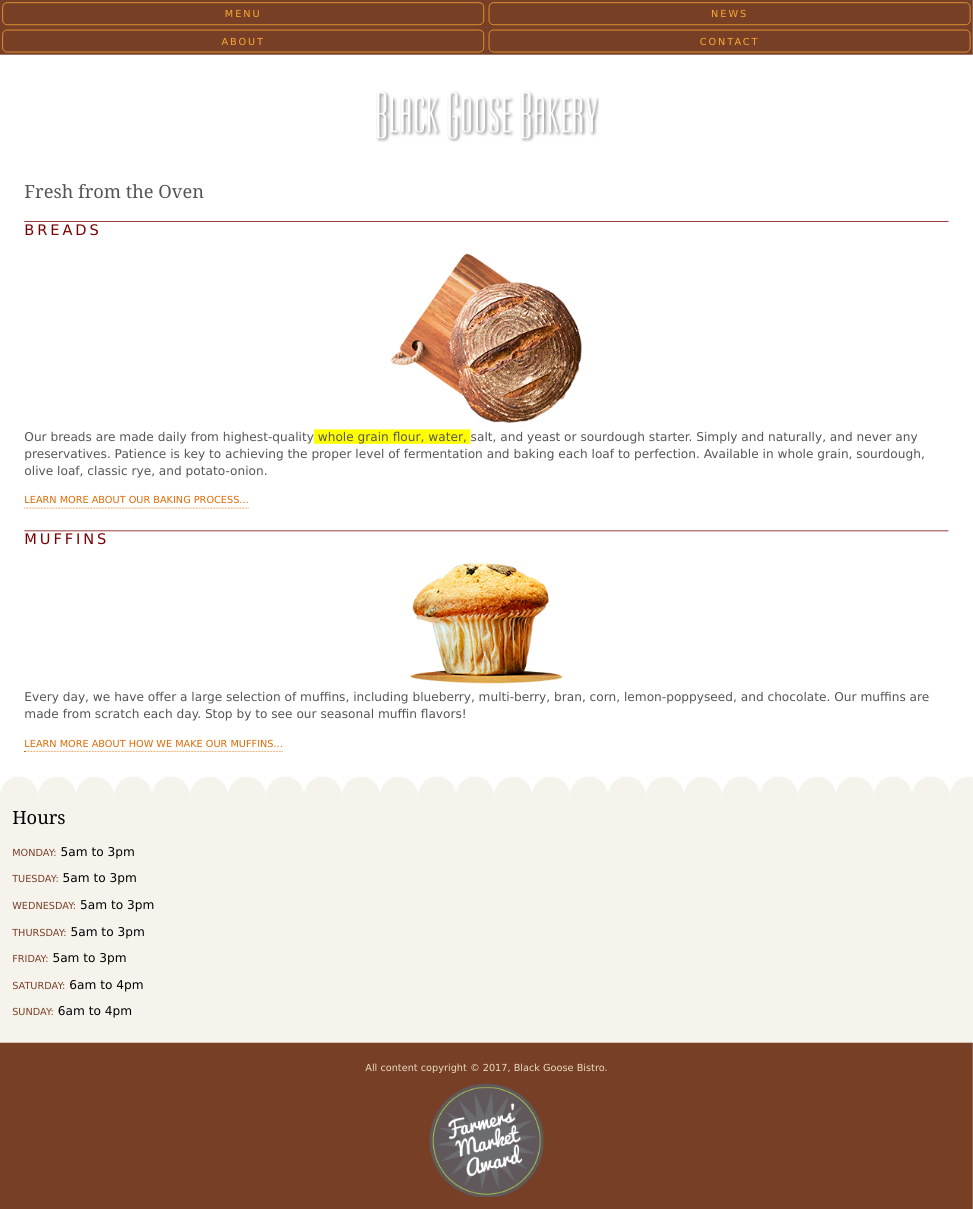
Repository: Colo-Codes/code-practice
Page: 02-css-practice-9.html
These files come from the project's save history. The page is drawn as it stood at one moment and after the next save; the edit follows.
The browser window is 1280 px wide. The pictures show the whole page, at 76% of full size.
Some web fonts or font styles are not loaded; a fallback is used.

Above is the page before, as saved 2021-06-04 12:13:26.

### 02-css-practice-9.html
<!doctype html>
<html>
<head>
<meta charset="UTF-8">
<title>Black Goose Bakery</title>
<meta name="viewport" content="width=device-width, initial-scale=1">
<link href="https://fonts.googleapis.com/css?family=Stint+Ultra+Expanded" rel="stylesheet">
<style>
@import url(./css/02-css-practice-9.css);
</style>
</head>

<body>
<div id="container">
<header>
<nav>
  <ul>
    <li><a href="">Menu</a></li>
    <li><a href="">News</a></li>
    <li><a href="">About</a></li>
    <li><a href="">Contact</a></li>
  </ul>
</nav>
<h1><img src="images/bgb_logo.png" alt="Black Goose Bakery"></h1>
<p>The delicious baked goods you love at Black Goose Bistro...now available to go!</p>
</header>

<main>
<h2>Fresh from the Oven</h2>
<h3>Breads</h3>
<p><img src="images/bread.png" alt="round loaf of bread on cutting board"> Our breads are made daily from highest-quality<span class="linelength"> whole grain flour, water, </span>salt, and yeast or sourdough starter. Simply and naturally, and never any preservatives. Patience is key to achieving the proper level of fermentation and baking each loaf to perfection. Available in whole grain, sourdough, olive loaf, classic rye, and potato-onion.</p>
<p class="more"><a href="">Learn more about our baking process...</a></p>

<h3>Muffins</h3>
<p><img src="images/muffin.png" alt="one chocolate chip muffin"> Every day, we have offer a large selection of muffins, including blueberry, multi-berry, bran, corn, lemon-poppyseed, and chocolate. Our muffins are made from scratch each day. Stop by to see our seasonal muffin flavors!</p>
<p class="more"><a href="">Learn more about how we make our muffins...</a></p>
</main>

<aside>
<h2>Hours</h2>
<p><span class="day">Monday:</span> 5am to 3pm</p>
<p><span class="day">Tuesday:</span> 5am to 3pm</p>
<p><span class="day">Wednesday:</span> 5am to 3pm</p>
<p><span class="day">Thursday:</span> 5am to 3pm</p>
<p><span class="day">Friday:</span> 5am to 3pm</p>
<p><span class="day">Saturday:</span> 6am to 4pm</p>
<p><span class="day">Sunday:</span> 6am to 4pm</p>
</aside>

<footer>
<p>All content copyright &copy; 2017, Black Goose Bistro.</p>
  <div id="award">
    <img src="images/award.png" alt="Farmers' Market Award">
  </div>
</footer>
</div>
</body>
</html>

### css/02-css-practice-9.css
@charset "UTF-8";
html {
  box-sizing: border-box;
}
* {
  box-sizing: inherit;
}

body {
  font-family: Verdana, Arial, serif;
  font-size: 100%;
  background-color: white;
  margin: 0;
}

/* link styles */
a:link, a:visited { color: #DC6903; }
a:focus, a:hover, a:active { color: #F9AB33; }

a {
	 text-decoration: none;
	 border-bottom: 1px dotted;
	 padding-bottom: .2em;
}



/* header styles */
header {
	color: white;
	background:  ../images/croissants_banner.jpg) no-repeat center center;
	background-size: cover;
	text-align: center;
	height: 13em;
}
header h1 {
	margin-top: 1.5em;
}
header p {
	display: none;
}


/* nav styles */
nav, footer {
	font-family: verdana, sans-serif;
	background-color: #783F27;
}
nav ul li a:link, nav ul li a:visited {
	color: #F9AB33;
}
nav ul li a:focus, nav ul li a:hover, nav ul li a:active {
	color: #fff;
}
nav ul {
  margin: 0;
  padding: 0;
  list-style-type: none;
  display: flex;
  flex-wrap: wrap;
}

nav ul li {
    font-size: .8em;
	text-transform: uppercase;
	letter-spacing: .2em;
	flex: 1 1 50%;
}
nav ul li a {
  display: block;
  border: 1px solid;
  padding: .5em 1em;
  border-radius: .5em;
  margin: .25em;
  }


/* main "products" styles */
main {
	font-size: 1em;
	line-height: 1.4em;
	color: #555;
	margin: 2.5%;

}
h2 {
	font-family: Georgia, serif;
	font-weight: normal;
	font-size: 1.5em;
}
h3 {
	font-family: Verdana, sans-serif;
	font-weight: normal;
	font-size: 1.2em;
	text-transform: uppercase;
	letter-spacing: .2em;
	color: #7A0002;
	border-top: 1px solid;
	margin-top: 1.5em;
}
p.more {
	font-family: verdana, sans-serif;
	text-transform: uppercase;
	font-size: .8em;
	clear: left;
}
main img {
  display: block;
  margin: .5em auto;
}
/*




/* aside "hours" styles */
aside {
	background: url(../images/scallop_top.png) repeat-x left top;
	background-color: #F6F3ED;
	padding: 1em;

}
/* misc styles */
footer {
	color: #EADDC4;
	text-align: center;
	font-size: .8em;
	padding: 1em;
}
.day {
	color: #783F27;
	font-family: verdana, sans-serif;
	font-size: .8em;
	text-transform: uppercase;
}
.linelength {
	background: yellow;
}

After the next save:
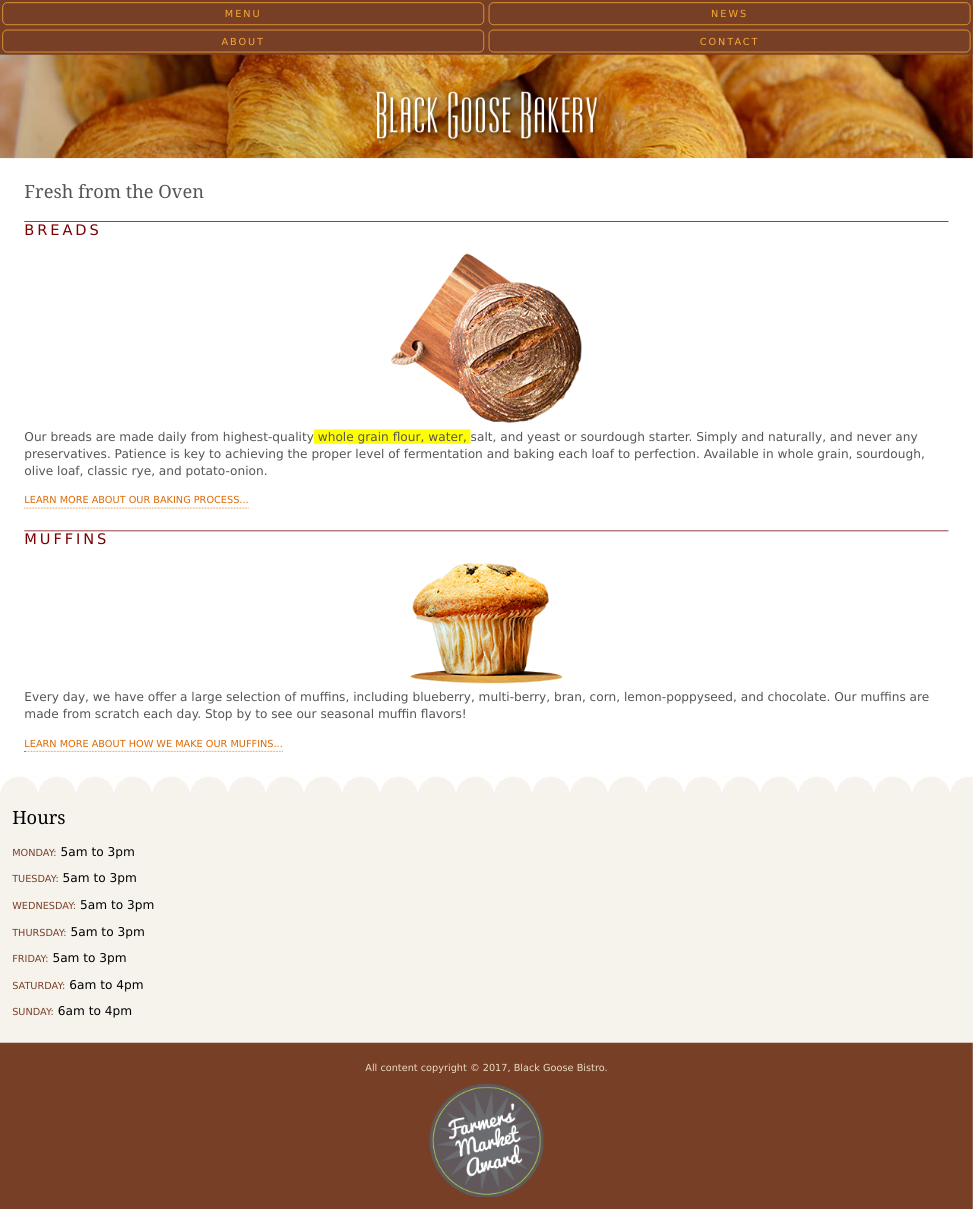
Saved 9 s later.
--- a/css/02-css-practice-9.css
+++ b/css/02-css-practice-9.css
@@ -28,7 +28,7 @@ a {
 /* header styles */
 header {
 	color: white;
-	background:  ../images/croissants_banner.jpg) no-repeat center center;
+	background: url(../images/croissants_banner.jpg) no-repeat center center;
 	background-size: cover;
 	text-align: center;
 	height: 13em;
